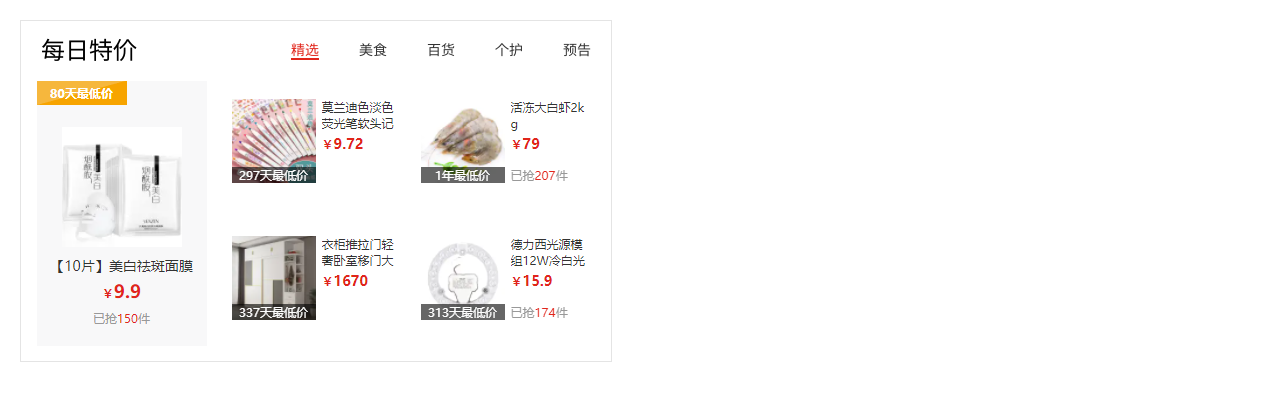
Repository: 319226862/wyy
Page: JavaScript/tab.html
These files come from the project's save history. The page is drawn as it stood at one moment and after the next save; the edit follows.
The browser window is 1280 px wide. The pictures show the whole page.

Above is the page before, as saved 2023-07-20 15:17:20.

After the next save:
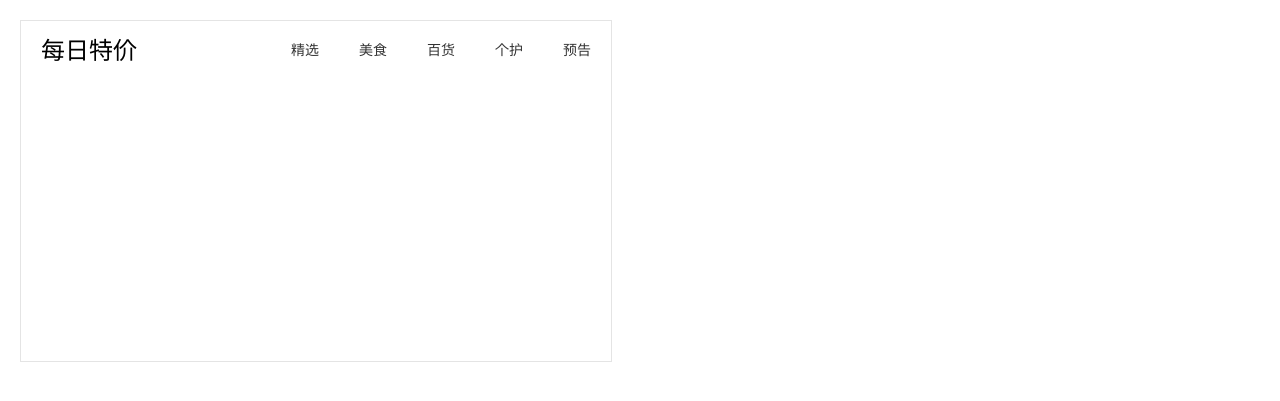
Console error: TypeError: Cannot read properties of null (reading 'classList')
Saved 22 s later.
--- a/JavaScript/tab.html
+++ b/JavaScript/tab.html
@@ -96,8 +96,9 @@
     as[index].addEventListener('mouseenter',function(){
       console.log(this)
       this.classList.add('active');
-      document.querySelector('.active').classList.remove('active')
     })
+    document.querySelector('.active').classList.remove('active')
+
   }
 </script>
 </body>

After the save that followed:
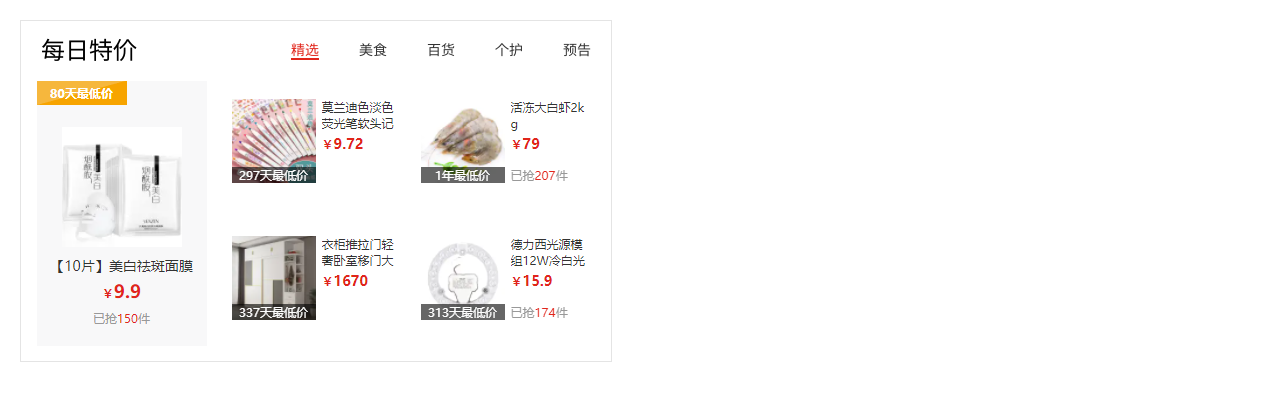
The error is gone.
Saved 14 s later.
--- a/JavaScript/tab.html
+++ b/JavaScript/tab.html
@@ -96,9 +96,8 @@
     as[index].addEventListener('mouseenter',function(){
       console.log(this)
       this.classList.add('active');
+      document.querySelector('.active').classList.remove('active')
     })
-    document.querySelector('.active').classList.remove('active')
-
   }
 </script>
 </body>
